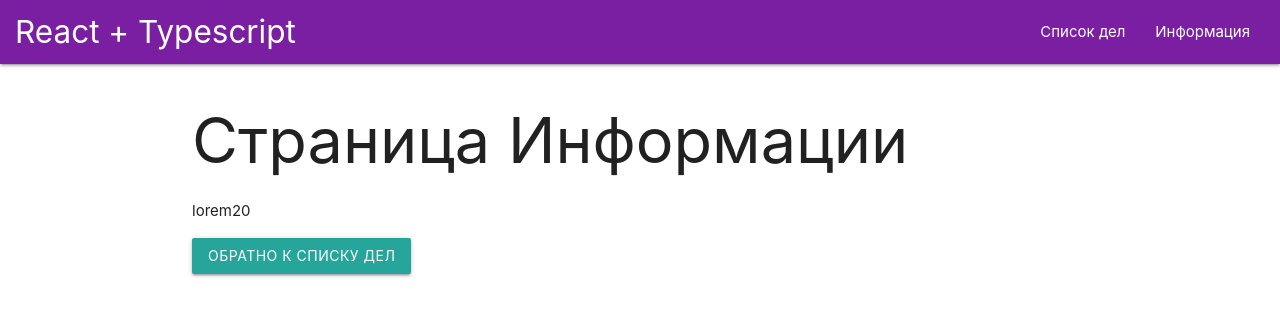
Repository: tsydikov/react_typescript_todo
Page: /about
These files come from the project's save history. The page is drawn as it stood at one moment and after the next save; the edit follows.
The browser window is 1280 px wide. The pictures show the whole page.
The project was rebuilt for these pictures with package versions that can differ from the ones it lists, and the page was loaded fresh each time. Also part of the build but not shown: src/components/TodoForm.tsx, src/components/TodoList.tsx, src/pages/TodosPage.tsx.

Above is the page before, as saved 2021-08-12 11:50:35.

### src/index.css
body {
  margin: 0;
  font-family: -apple-system, BlinkMacSystemFont, 'Segoe UI', 'Roboto', 'Oxygen',
    'Ubuntu', 'Cantarell', 'Fira Sans', 'Droid Sans', 'Helvetica Neue',
    sans-serif;
  -webkit-font-smoothing: antialiased;
  -moz-osx-font-smoothing: grayscale;
}

code {
  font-family: source-code-pro, Menlo, Monaco, Consolas, 'Courier New',
    monospace;
}

.px1 {
  padding-left: 1rem;
  padding-right: 1rem;
}

.mt2 {
  margin-top: 2rem;
}

.todo {
  margin-bottom: 1rem;
}

.todo.completed span {
  text-decoration: line-through;
}

.todo label {
  width: 100%;
  display: flex;
  align-items: center;
  justify-content: space-between;
  cursor: pointer;
  padding: 1rem;
  background: #f3f3f3;
}

.todo i {
  z-index: 2;
}

### src/App.tsx
import React from 'react';
import {BrowserRouter, Switch, Route} from 'react-router-dom'
import { Navbar } from './components/Navbar';
import { TodosPage } from './pages/TodosPage'
import { AboutPage } from './pages/AboutPage'

const App: React.FC = () => {
  return (
    <BrowserRouter>
      <Navbar />
      <div className="container">
        <Switch>
          <Route component={TodosPage} path="/" exact />
          <Route component={AboutPage} path="/about" />
        </Switch>
      </div>
    </BrowserRouter>
  )
}

export default App;

### src/components/Navbar.tsx
import React from 'react'
import {NavLink} from 'react-router-dom'

export const Navbar: React.FC = () => (
    <nav>
    <div className="nav-wrapper purple darken-2 px1">
      <a href="/" className="brand-logo">React + Typescript</a>
      <ul className="right hide-on-med-and-down">
        <li><NavLink to="/">Список дел</NavLink></li>
        <li><NavLink to="/about">Информация</NavLink></li>
      </ul>
    </div>
  </nav>
)

### src/pages/AboutPage.tsx
import React from 'react'
import { useHistory } from 'react-router-dom'

export const AboutPage: React.FC = () => {
    const history = useHistory()
    return (
        <>
            <h1>Страница Информации</h1>
            <p>lorem20</p>
            <button className="btn" onClick={() => history.push('/')} >Обратно к списку дел</button>
        </>
    )
}

Loaded but not shown: public/index.html (common file); src/index.js (common file); src/reportWebVitals.js (common file)

After the next save:
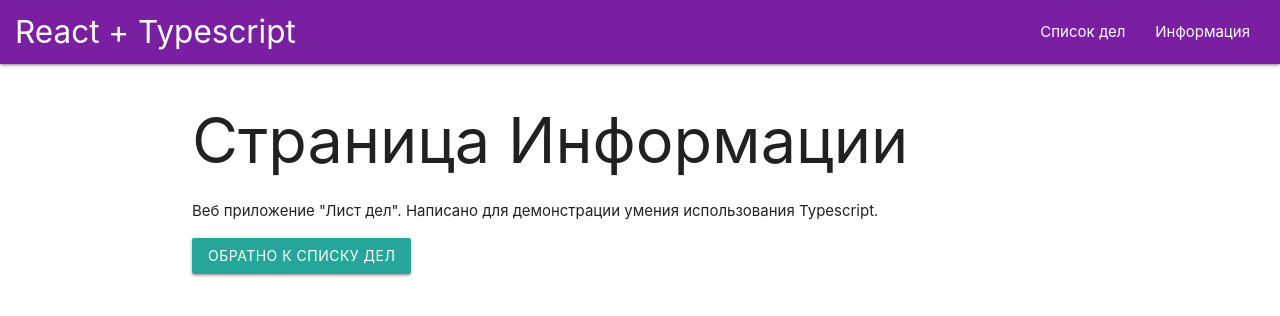
Saved 2 min 12 s later.
--- a/src/pages/AboutPage.tsx
+++ b/src/pages/AboutPage.tsx
@@ -6,7 +6,7 @@ export const AboutPage: React.FC = () => {
     return (
         <>
             <h1>Страница Информации</h1>
-            <p>lorem20</p>
+            <p>Веб приложение "Лист дел". Написано для демонстрации умения использования Typescript.</p>
             <button className="btn" onClick={() => history.push('/')} >Обратно к списку дел</button>
         </>
     )
